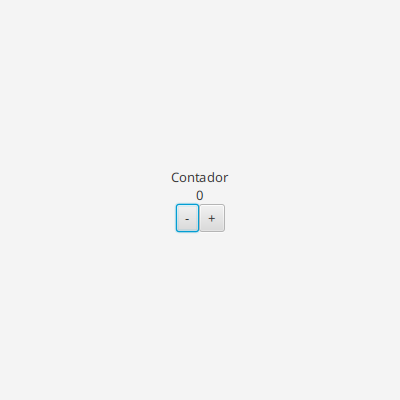
Repository: AlanVidalll/Curso-Java-Completo
Program's window: java exercicios-javafx/src/basico/Contador.java
An editor plug-in stored every save of this project. The program's window is shown before and after the next save, followed by the edit.
It runs on Java 21 on a 1366 x 768 screen with JavaFX 11; the title bar is not drawn.

Above is the program's window before, as saved 2020-04-09 14:30:16.

### exercicios-javafx/src/basico/Contador.java
package basico;

import javafx.application.Application;
import javafx.geometry.Pos;
import javafx.scene.Scene;
import javafx.scene.control.Button;
import javafx.scene.control.Label;
import javafx.scene.layout.HBox;
import javafx.scene.layout.VBox;
import javafx.stage.Stage;

public class Contador extends Application {

	@Override
	public void start(Stage primaryStage) throws Exception {

		Label labelTitulo = new Label("Contador");
		Label labelNumero = new Label("0");

		Button botaoDescremento = new Button("-");
		Button botaoIncremento = new Button("+");

		HBox boxBotoes = new HBox();
		boxBotoes.setAlignment(Pos.CENTER);
		boxBotoes.getChildren().add(botaoDescremento);
		boxBotoes.getChildren().add(botaoIncremento);



		VBox boxPrincipal = new VBox();
		boxPrincipal.setAlignment(Pos.CENTER);
		boxPrincipal.getChildren().add(labelTitulo);
		boxPrincipal.getChildren().add(labelNumero);
		boxPrincipal.getChildren().add(boxBotoes);


		Scene cenaPrincipal = new Scene(boxPrincipal,400,400);

		primaryStage.setScene(cenaPrincipal);
		primaryStage.show();
	}

	public static void main(String[] args) {

		launch(args);

	}

}

After the next save:
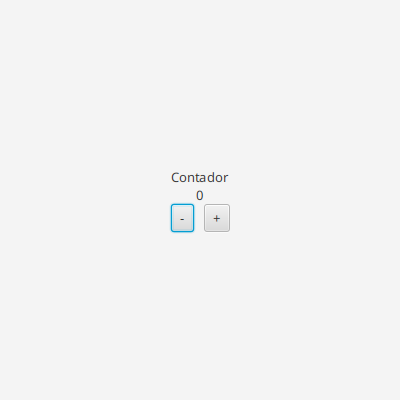
Saved 69 s later.
--- a/exercicios-javafx/src/basico/Contador.java
+++ b/exercicios-javafx/src/basico/Contador.java
@@ -22,6 +22,7 @@
 
 		HBox boxBotoes = new HBox();
 		boxBotoes.setAlignment(Pos.CENTER);
+		boxBotoes.setSpacing(10);
 		boxBotoes.getChildren().add(botaoDescremento);
 		boxBotoes.getChildren().add(botaoIncremento);
 
